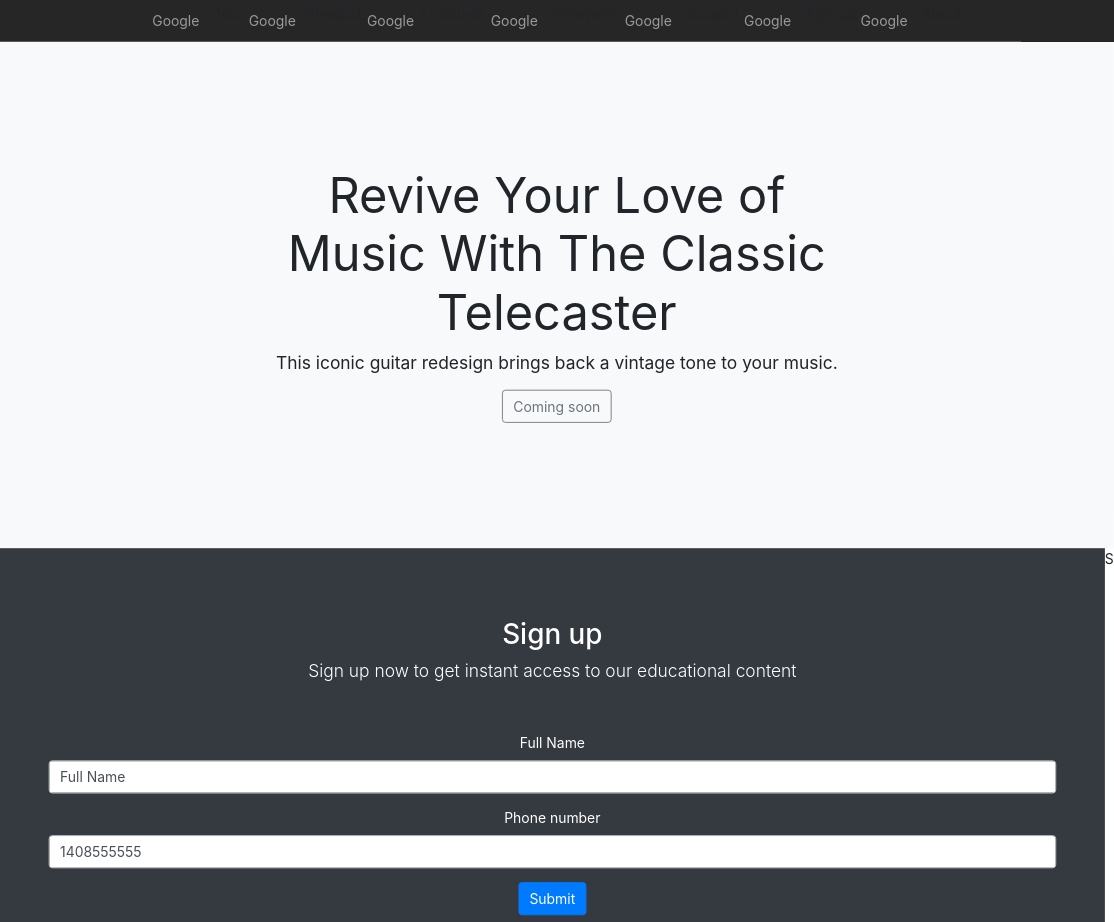
Repository: erickcintora/ErickCintoraWebsite
Page: LearnCS8-Twilio/index.html
The author's editor kept a record of every edit. The page is drawn from the files as they stood at one moment, then again after the next edit.
The browser window is 1280 px wide. The pictures show the whole page, at 87% of full size.

Above is the page before.

### LearnCS8-Twilio/index.html
<!doctype html>
<html lang="en">
  <head>
    <!-- Required meta tags -->
    <meta charset="utf-8">
    <meta name="viewport" content="width=device-width, initial-scale=1, shrink-to-fit=no">
    <meta name="description" content="Classic Style Electric Guitar">
    <meta name="author" content="862181007">

    <!-- Bootstrap CSS -->
    <link rel="stylesheet" href="https://stackpath.bootstrapcdn.com/bootstrap/4.5.2/css/bootstrap.min.css" integrity="sha384-JcKb8q3iqJ61gNV9KGb8thSsNjpSL0n8PARn9HuZOnIxN0hoP+VmmDGMN5t9UJ0Z" crossorigin="anonymous">

    <!-- Title of your Website -->
    <title>Fender Classic Vibe Telecaster</title>
    <link href="product.css" rel="stylesheet">
  </head>
  <body>
    <nav class="site-header sticky-top py-1">
    <!-- Top Menu Bar -->
    <div class="container d-flex flex-column flex-md-row justify-content-between">
        <a class="py-2 d-none d-md-inline-block" id="menu-item-1" href="https://google.com" target="_blank">Google</a>>Tour</a>
        <a class="py-2 d-none d-md-inline-block" id="menu-item-2" href="https://google.com" target="_blank">Google</a>>Product</a>
        <a class="py-2 d-none d-md-inline-block" id="menu-item-3" href="https://google.com" target="_blank">Google</a>>Features</a>
        <a class="py-2 d-none d-md-inline-block" id="menu-item-4" href="https://google.com" target="_blank">Google</a>>Enterprise</a>
        <a class="py-2 d-none d-md-inline-block" id="menu-item-5" href="https://google.com" target="_blank">Google</a>>Support</a>
        <a class="py-2 d-none d-md-inline-block" id="menu-item-6" href="https://google.com" target="_blank">Google</a>>Sign up</a>
        <a class="py-2 d-none d-md-inline-block" id="menu-item-7" href="https://google.com" target="_blank">Google</a>>About</a>
    </div>
</nav>
<!-- Main Header Section h1-->
<div class="position-relative overflow-hidden p-3 p-md-5 m-md-0 text-center bg-light">
    <div class="col-md-8 p-lg-5 mx-auto my-5">
        <h1 class="display-4 font-weight-normal">Revive Your Love of Music With The Classic Telecaster</h1>
        <p class="lead font-weight-normal"> This iconic guitar redesign brings back a vintage tone to your music.</p>
        <a class="btn btn-outline-secondary" href="https://youtu.be/Cdda8mvJgPg">Coming soon</a>
    </div>
</div>
<!-- Left Tile -->
<div class="d-md-flex flex-md-equal w-100">
    <div class="bg-dark pt-3 px-3 pt-md-5 px-md-5 text-center text-white overflow-hidden">
        <div class="my-3 py-3">
            <h2 class="display-5">Sign up</h2>
            <p class="lead">Sign up now to get instant access to our educational content</p>
        </div>
        <!-- Web form when submitted will send a text message -->
        <form class="p-2" onsubmit="sendTextMessage(); return false;">
            <!-- Full Name Form Field -->
            <div class="form-group">
                <label for="example-first-name">Full Name</label>
                <input type="text" value="Full Name" class="form-control" id="example-first-name" aria-describedby="emailHelp">
            </div>
            <!-- Phone Number Form Field -->
            <div class="form-group">
                <label for="example-tel-input">Phone number</label>
                <input type="tel" class="form-control" value="1408555555" id="example-tel-input">
            </div>
            <!-- JavaScript that handles onSubmit logic -->
            <!-- Configure the XHR request below with your own credentials -->
            <script>
            function sendTextMessage() {
                console.log("Hello world!");
                var xhr = new XMLHttpRequest();
                var accountSID = "AC5cc37c1c18d04db9538b92ef8b56f9b6";
                var authToken = "a90f24e2111d31b9ad69b304083b4fb8";
                var base64encoded = accountSID + ":" + authToken;
                var params = "To=" + document.getElementById('example-tel-input').value + "&From=" + "+18778498481" + "&Body=" + "Hello " + document.getElementById('example-first-name').value + "Congrats on reserving your Telecaster."
                xhr.open("POST", "https://api.twilio.com/2010-04-01/Accounts/" + accountSID + "/Messages.json", true);
                xhr.setRequestHeader('Content-Type', 'application/x-www-form-urlencoded');
                xhr.setRequestHeader('Authorization', 'Basic ' + btoa(base64encoded));
                xhr.send(params);
            }
            </script>
            <!-- Submit button that will execute the sendTextMessage function -->
            <button type="submit" class="btn btn-primary">Submit</button>
        </form>
    </div>S
  </body>
</html>

### LearnCS8-Twilio/product.css
.container {
  max-width: 960px;
}

/*
 * Custom translucent site header
 */

.site-header {
  background-color: rgba(0, 0, 0, .85);
  -webkit-backdrop-filter: saturate(180%) blur(20px);
  backdrop-filter: saturate(180%) blur(20px);
}
.site-header a {
  color: #999;
  transition: ease-in-out color .15s;
}
.site-header a:hover {
  color: #fff;
  text-decoration: none;
}

/*
 * Dummy devices (replace them with your own or something else entirely!)
 */

.product-device {
  position: absolute;
  right: 10%;
  bottom: -30%;
  width: 300px;
  height: 540px;
  background-color: #333;
  border-radius: 21px;
  -webkit-transform: rotate(30deg);
  transform: rotate(30deg);
}

.product-device::before {
  position: absolute;
  top: 10%;
  right: 10px;
  bottom: 10%;
  left: 10px;
  content: "";
  background-color: rgba(255, 255, 255, .1);
  border-radius: 5px;
}

.product-device-2 {
  top: -25%;
  right: auto;
  bottom: 0;
  left: 5%;
  background-color: #e5e5e5;
}


/*
 * Extra utilities
 */

.flex-equal > * {
  -ms-flex: 1;
  flex: 1;
}
@media (min-width: 768px) {
  .flex-md-equal > * {
    -ms-flex: 1;
    flex: 1;
  }
}

.overflow-hidden { overflow: hidden; }

After the next edit:
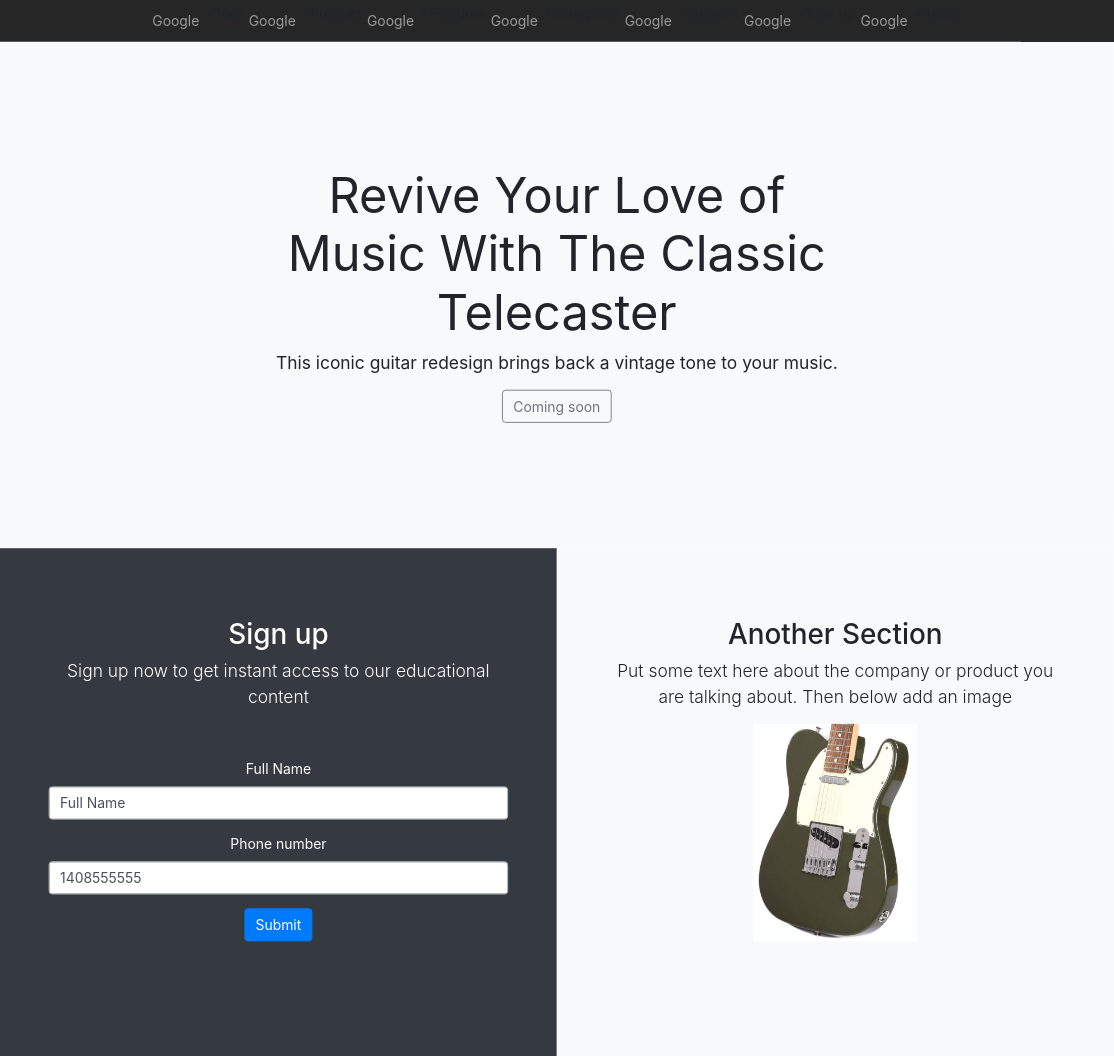
The edit:
--- a/LearnCS8-Twilio/index.html
+++ b/LearnCS8-Twilio/index.html
@@ -73,6 +73,16 @@
             <!-- Submit button that will execute the sendTextMessage function -->
             <button type="submit" class="btn btn-primary">Submit</button>
         </form>
-    </div>S
+    </div>
+    <!-- Right Tile -->
+    <div class="bg-light pt-3 px-3 pt-md-5 px-md-5 text-center overflow-hidden">
+        <div class="my-3 p-3">
+            <h2 class="display-5">Another Section</h2>
+            <p class="lead">Put some text here about the company or product you are talking about. Then below add an image</p>
+            <img class="mx-auto" src="example_image.png" height="250px">
+        </div>
+        <div class="mx-auto" style="width: 80%; height: 100px; border-radius: 21px 21px 0 0;"></div>
+    </div>
+</div>
   </body>
 </html>
